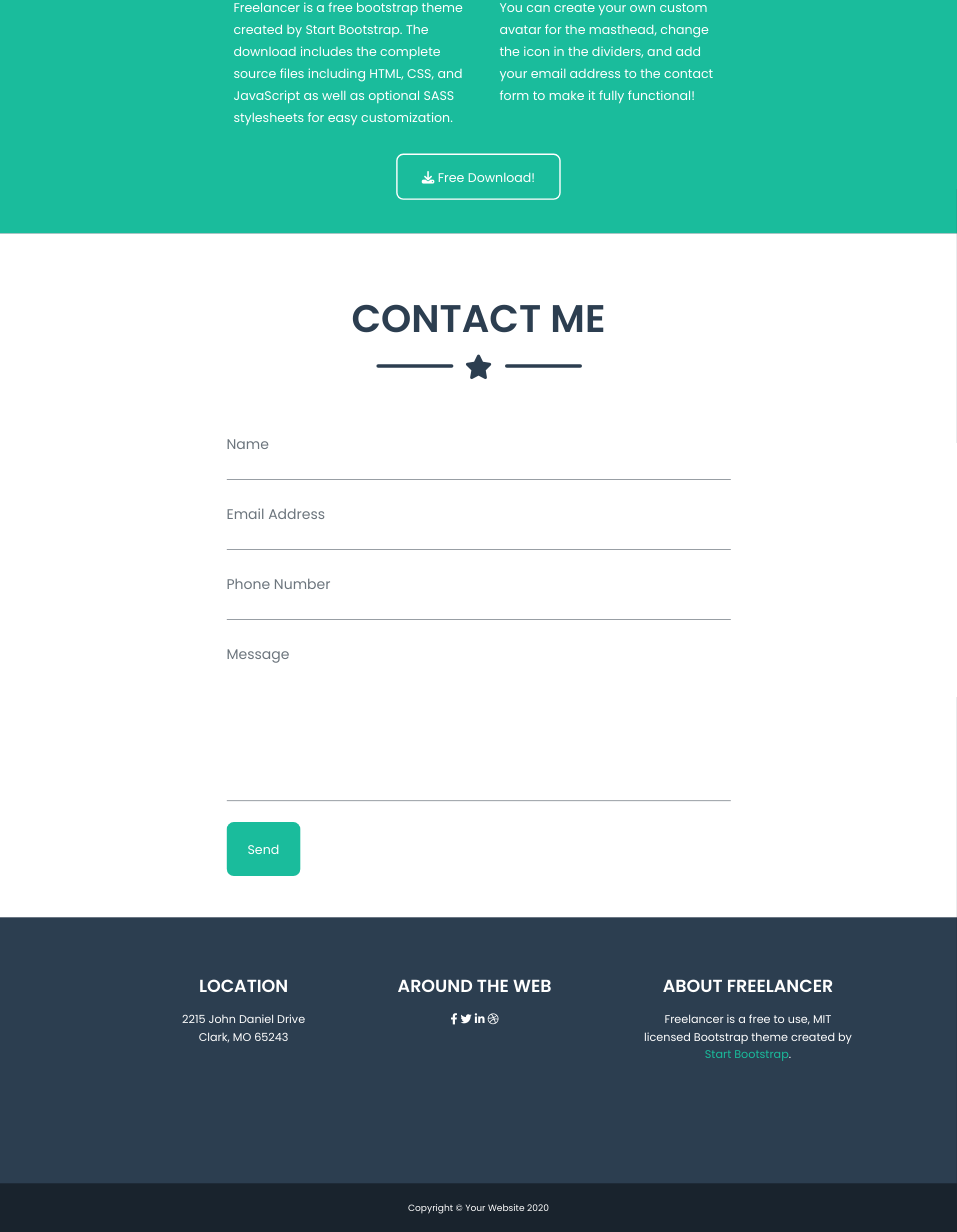
Repository: sSoRaK/web-cut-by-figma_train
Page: bai02/index.html
The author's editor kept a copy of each file at every save. The page is drawn from the files as they stood at one save, then again after the next save.
The browser window is 1280 px wide. The page is 1367 px wide, so the pictures cover 1367 px, including what lies to the right of the window. The pictures show the part of the page from y = 1909 to 3669 px (the page is 3669 px tall before and 3599 px after), at 70% of full size.

Above is the page before, as saved 2023-06-02 15:40:26.

After the next save:
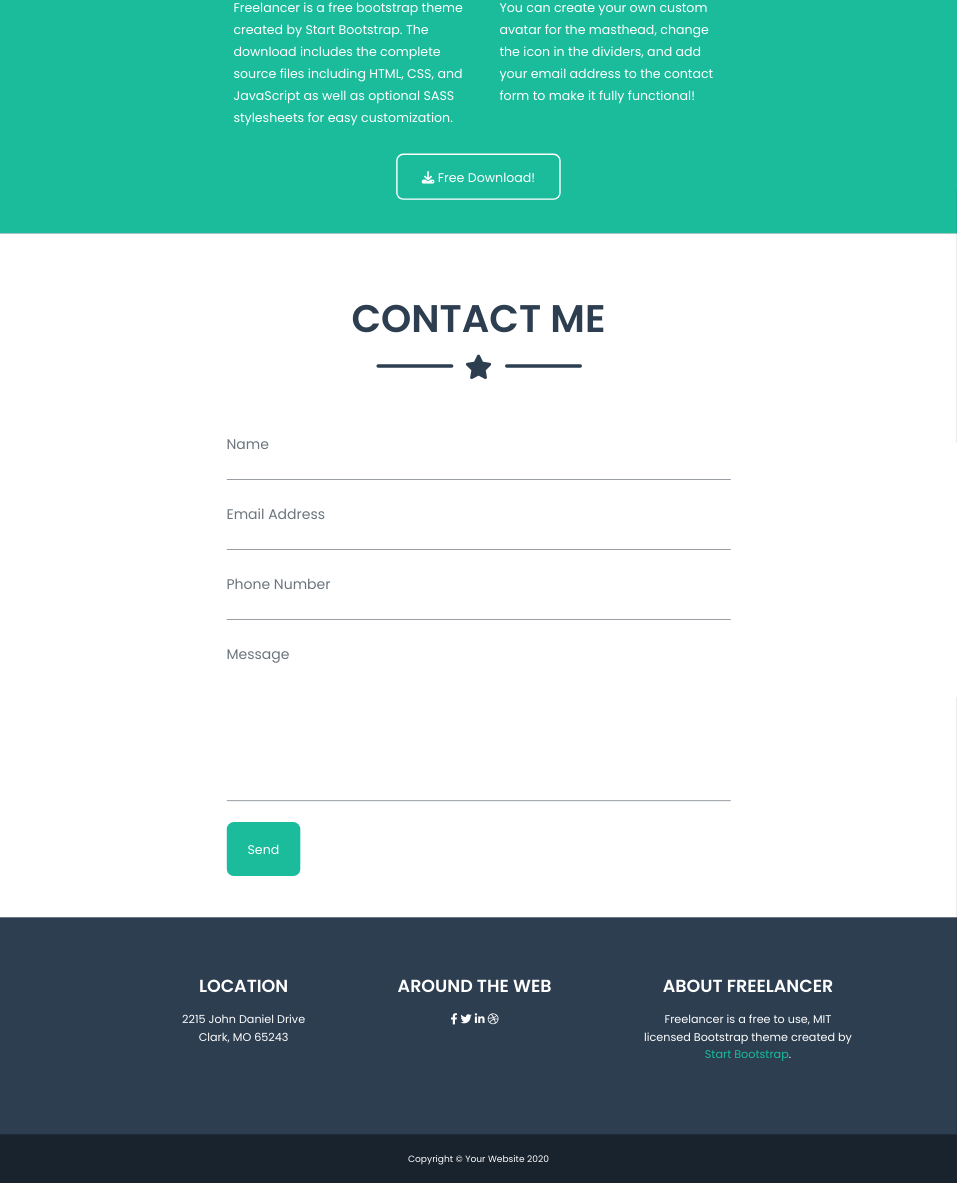
Saved 33 s later.
--- a/bai02/style.css
+++ b/bai02/style.css
@@ -225,7 +225,7 @@ ul li a {
 
 /* footer */
 footer {
-  height: 370px;
+  height: 300px;
 }
 .wrapper {
   display: flex;
